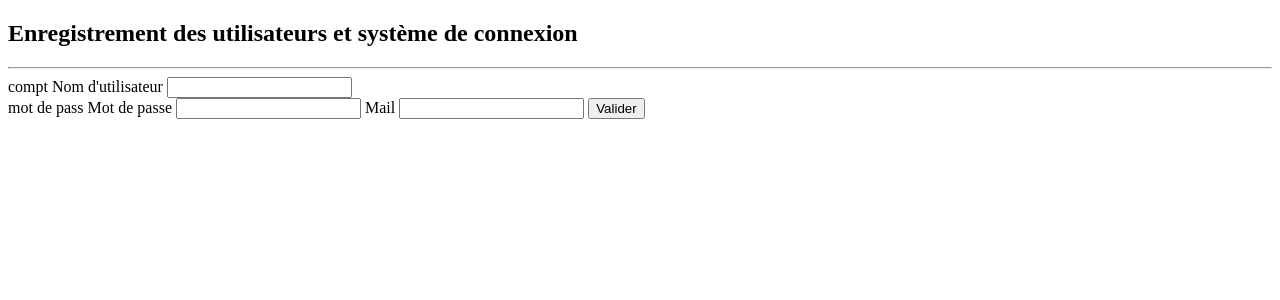
Repository: clairedupuich/serv_drone
Page: http://localhost/test.php
An editor plug-in stored every save of this project. The page is shown before and after the next save, followed by the edit.
The browser window is 1280 px wide. The pictures show the whole page.
The page is run by PHP 8.4 with error messages shown; the project is at /var/www/html/.

Above is the page before, as saved 2021-06-01 20:35:37.

### test.php
<!DOCTYPE html>
<html lang="en">
<head>
    <meta charset="UTF-8">
    <meta http-equiv="X-UA-Compatible" content="IE=edge">
    <meta name="viewport" content="width=device-width, initial-scale=1.0">
    <title>Document</title>
</head>
<body>
    <?php
    //require_once("pdo.php");

    $hosthome = 'localhost';
    $database = 'servdrone';
    $userName = 'claire';
    $password = 'claire'; //此处直接链接数据库。pdo文件不能运行。


                try {
                    $connexion = 'mysql:host='.$hosthome.';port=3308;dbname='.$database;
                    $monPdo = new PDO($connexion, $userName, $password, array(PDO::ATTR_ERRMODE => PDO::ERRMODE_EXCEPTION));
                    if(isset($_POST["submit"])) {
                        if(isset($_POST["username"], $_POST["password"], $_POST["email"]) && !empty($_POST["username"])&& !empty($_POST["password"]) && !empty($_POST["email"])) {
                            //echo "bonjour".$_POST["username"];
                            $firstname = $_POST["username"];
                            $password = $_POST["password"];
                            $email = $_POST["email"];
                            //$pdo = MonPdo::utiliserPdo(); // tu te connectes à PDO
                            $sql = "INSERT INTO `users` (`firstName`, `password`, `email`) VALUES ('".$firstname."', '".$password."', '".$email."')";
                            $requete = $monPdo->prepare($sql);
                            $requete->execute();

                       } else {
                           echo "entrer un nom";
                       }
                    }

                } catch(PDOException $exception){
                    $errorMessage = "Erreur de connexion à la base de données".$exception->getMessage();
                    die($errorMessage);
                }



    // $_POST = [
    //     "username" => "claire"
    //     "password" => "123"
            //"email" => "n;,n;,n",
            //"submit" => "submit"


    // ]


    ?>
     <h2>Enregistrement des utilisateurs et système de connexion</h2>
<hr>
        <form action="#" method="POST">


                compt
                <label for="pseudo">Nom d'utilisateur</label>
                <input type="text" id ="pseudo" name="username"><br>

                mot de pass
                <label for="pwd">Mot de passe</label>
                <input type="password" name="password" id="pwd">

                <label for="mail">Mail</label>
                <input type="email" name="email" id="mail">

                <button type="submit" name="submit" value="submit">Valider</button>

        </form>
    </body>
</html>

After the next save:
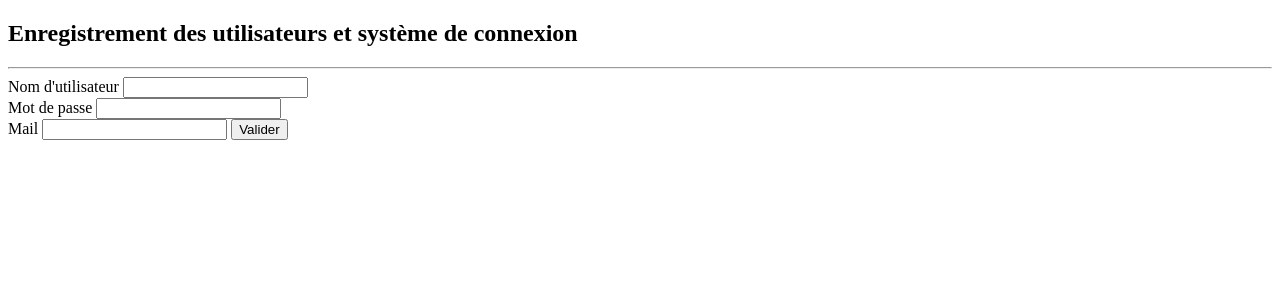
Saved 25 s later.
--- a/test.php
+++ b/test.php
@@ -58,13 +58,13 @@
         <form action="#" method="POST">
 
 
-                compt
+
                 <label for="pseudo">Nom d'utilisateur</label>
                 <input type="text" id ="pseudo" name="username"><br>
 
-                mot de pass
+
                 <label for="pwd">Mot de passe</label>
-                <input type="password" name="password" id="pwd">
+                <input type="password" name="password" id="pwd"><br>
 
                 <label for="mail">Mail</label>
                 <input type="email" name="email" id="mail">
